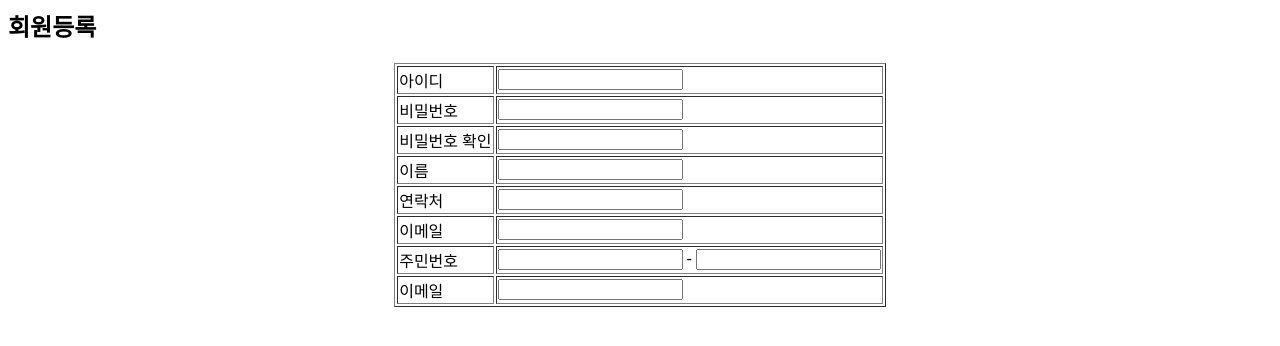
Repository: Mildous/HKIT-BackendClass
Page: http://localhost/jspPortfolioModel1/member/insert.jsp
The author's editor kept a copy of each file at every save. The page is drawn from the files as they stood at one save, then again after the next save.
The browser window is 1280 px wide. The pictures show the whole page.
The page is served by Tomcat 9. Other server files are loaded and not shown.

Above is the page before, as saved 2022-08-18 02:51:55.

### workspace/jsp/jspPortfolioModel1/WebContent/member/insert.jsp
<%@ page language="java" contentType="text/html; charset=UTF-8"
    pageEncoding="UTF-8"%>

<h2>회원등록</h2>

<table border="1" align="center">
	<tr>
		<td>아이디</td>
		<td><input type="text" name="id"></td>
	</tr>
	<tr>
		<td>비밀번호</td>
		<td><input type="password" name="passwd"></td>
	</tr>
	<tr>
		<td>비밀번호 확인</td>
		<td><input type="password" name="passwdChk"></td>
	</tr>
	<tr>
		<td>이름</td>
		<td><input type="text" name="name"></td>
	</tr>
	<tr>
		<td>연락처</td>
		<td><input type="text" name="phone"></td>
	</tr>
	<tr>
		<td>이메일</td>
		<td><input type="text" name="email"></td>
	</tr>
	<tr>
		<td>주민번호</td>
		<td>
			<input type="text" name="jumin1">
			-
			<input type="text" name="jumin2">
		</td>
	</tr>
	<tr>
		<td>이메일</td>
		<td><input type="text" name="email"></td>
	</tr>
</table>

After the next save:
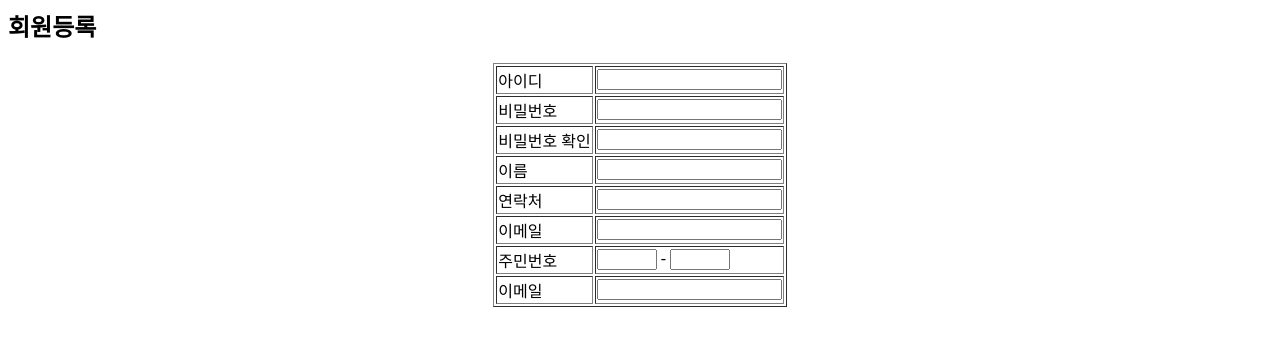
Saved 16 s later.
--- a/workspace/jsp/jspPortfolioModel1/WebContent/member/insert.jsp
+++ b/workspace/jsp/jspPortfolioModel1/WebContent/member/insert.jsp
@@ -31,9 +31,9 @@
 	<tr>
 		<td>주민번호</td>
 		<td>
-			<input type="text" name="jumin1">
+			<input type="text" name="jumin1" style="width: 60px;">
 			-
-			<input type="text" name="jumin2">
+			<input type="text" name="jumin2" style="width: 60px;">
 		</td>
 	</tr>
 	<tr>
